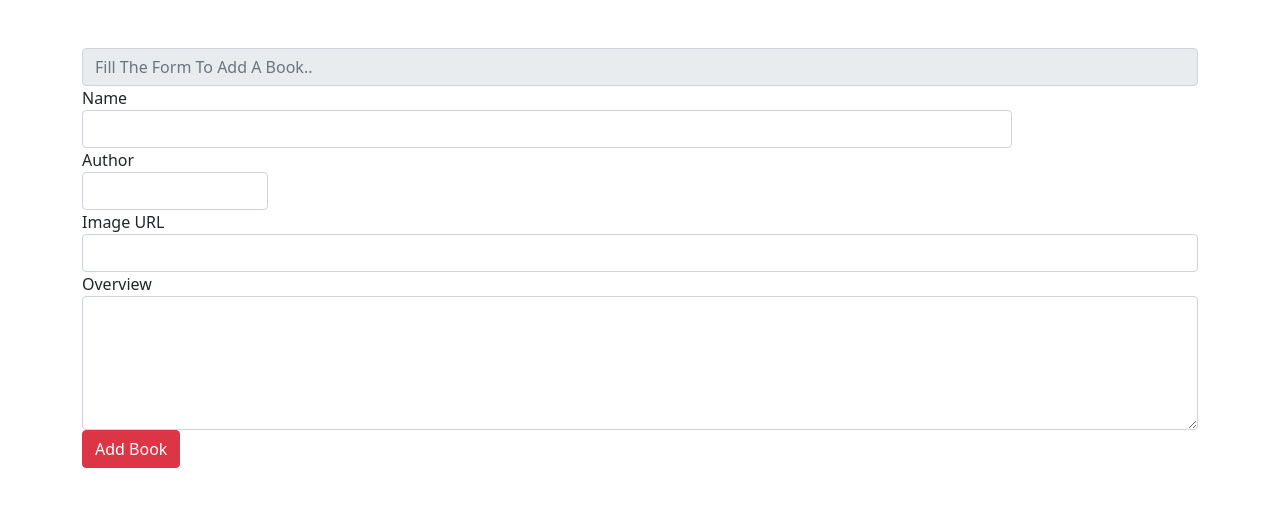
Repository: dilaraozdem1r/BooksApp
Page: /add
The author's editor kept a copy of each file at every save. The page is drawn from the files as they stood at one save, then again after the next save.
The browser window is 1280 px wide. The pictures show the whole page.
The page's requests for data from a server got no answer. The project was rebuilt for these pictures with package versions that can differ from the ones it lists, and the page was loaded fresh each time. No one was signed in, and anything a server would have sent is missing. Also part of the build but not shown: src/Components/BookList.js, src/Components/SearchBar.js.

Above is the page before, as saved 2021-08-25 16:12:53.

After the next save:
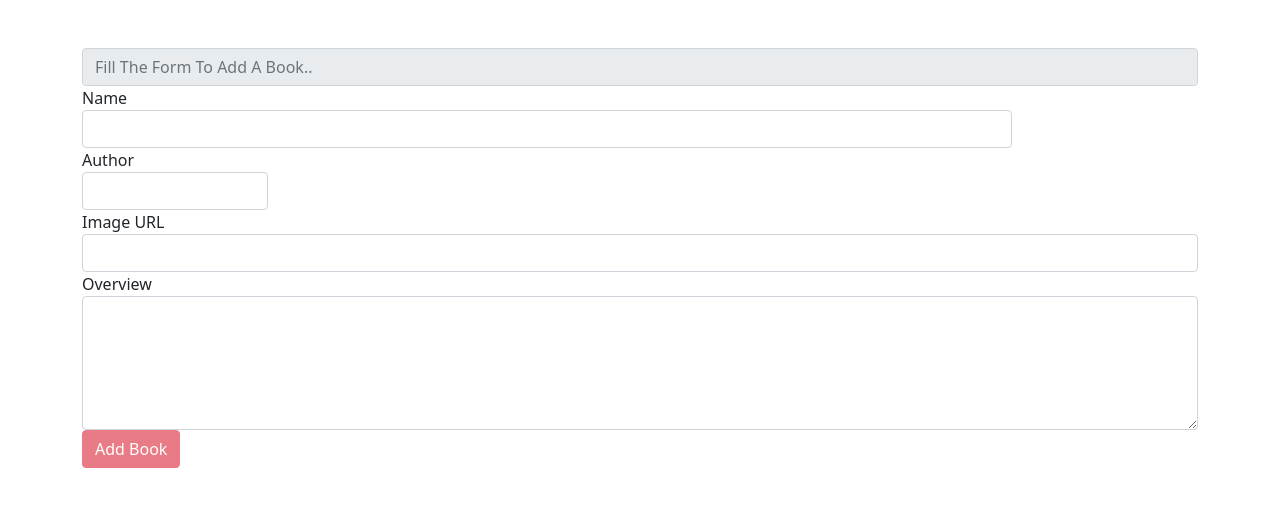
Saved 6 min 4 s later.
--- a/src/Components/AddBook.js
+++ b/src/Components/AddBook.js
@@ -45,7 +45,7 @@
                                 name="overview" rows="5"></textarea>
                     </div>
                 </div>
-                <input type="submit" className="btn btn-danger btn-block" value="Add Book" />
+                <input type="submit" className="btn btn-danger btn-block" value="Add Book" disabled={true}/>
             </form>
         </div>
         )

After the 4 saves that followed:
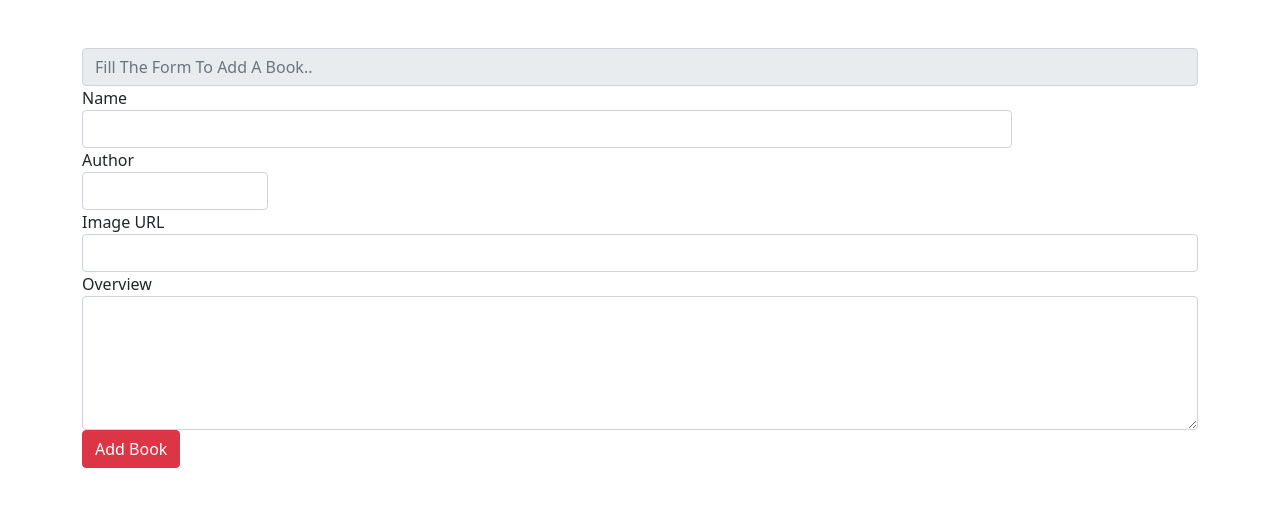
The 4 saves are shown as one change because 3 left the picture as it was.
The last was saved 3 min 49 s later.
--- a/src/Components/AddBook.js
+++ b/src/Components/AddBook.js
@@ -6,6 +6,12 @@
         e.preventDefault();
         const newBook=serialize(e.target,{hash:true})
         this.props.onAddBook(newBook);
+    }
+
+    check=(n,a,o)=>{
+        if(n !==null & a!==null & o!==null ) return false;
+        return true;
+
     }
 
     render(){
@@ -45,7 +51,7 @@
                                 name="overview" rows="5"></textarea>
                     </div>
                 </div>
-                <input type="submit" className="btn btn-danger btn-block" value="Add Book" disabled={true}/>
+                <input type="submit" className="btn btn-danger btn-block" value="Add Book" disabled={this.check(this.name,this.author,this.overview)}/>
             </form>
         </div>
         )
